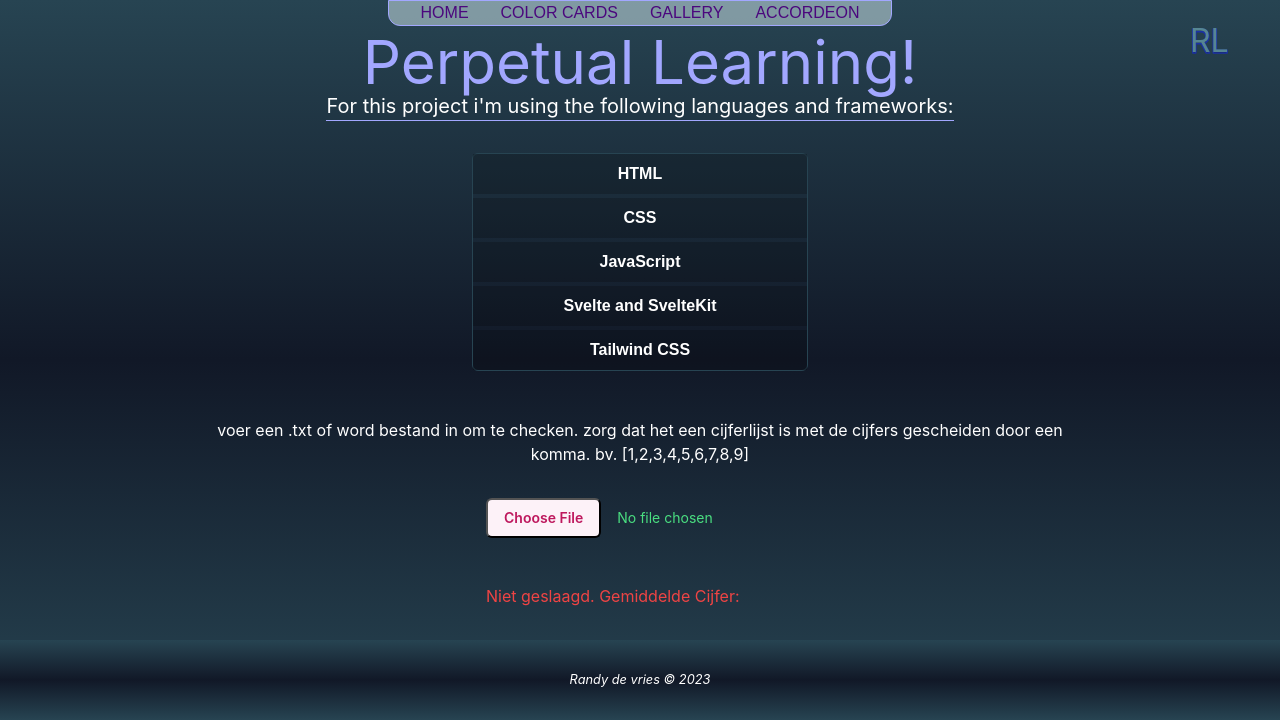
Repository: Freezler/svelte-app
Page: /links
An editor plug-in stored every save of this project. The page is shown before and after the next save, followed by the edit.
The browser window is 1280 px wide. The pictures show the whole page.
The project was rebuilt for these pictures with package versions that can differ from the ones it lists, and the page was loaded fresh each time. The framework's server and built-in components were replaced by stand-ins that run in the browser. Also part of the build but not shown: svelte.config.js, vite.config.js.

Above is the page before, as saved 2023-11-12 12:14:32.

After the next save:
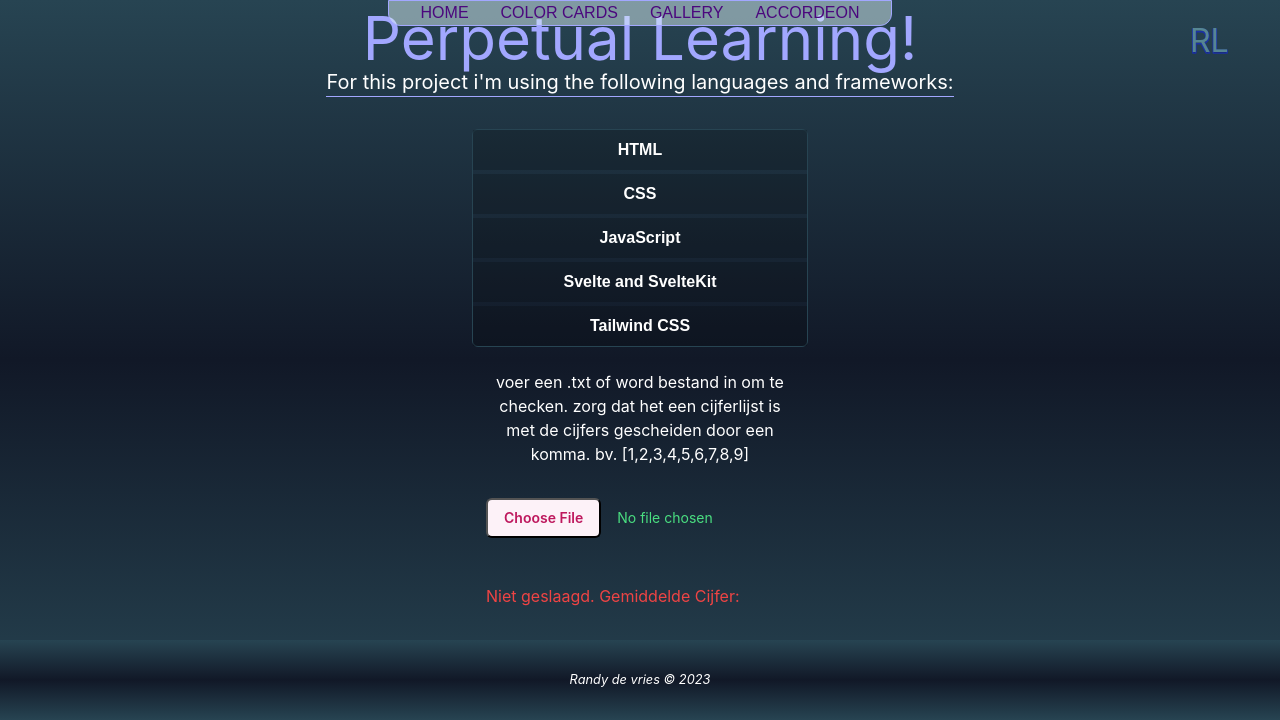
Saved 26 s later.
--- a/src/components/CijferlijstInput.svelte
+++ b/src/components/CijferlijstInput.svelte
@@ -39,7 +39,7 @@
 
 
 </script>
-<div class="text-center text-white -translate-y-4 w-[70%]"><h3>voer een .txt of word bestand in om te checken.
+<div class="text-center text-white -translate-y-4 w-[300px]"><h3>voer een .txt of word bestand in om te checken.
 	zorg dat het een cijferlijst is met de cijfers gescheiden door een komma. bv. [1,2,3,4,5,6,7,8,9]
 </h3></div>
 <div class="p-4 min-w-[340px]">
